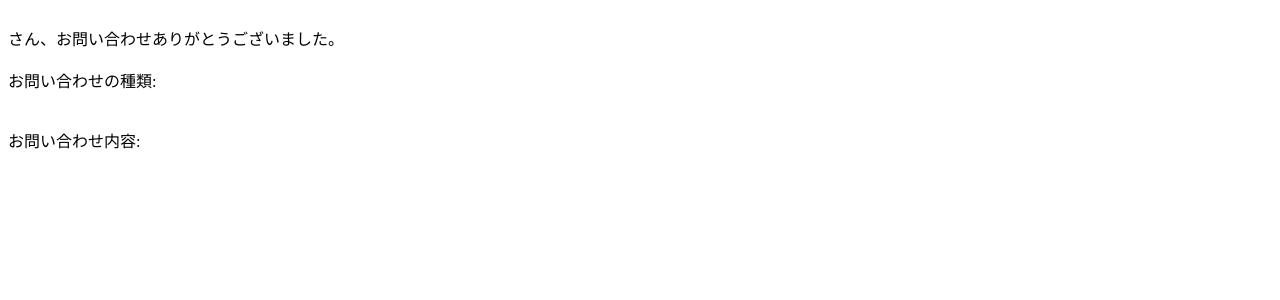
Repository: rt-1217/j2
Page: http://localhost/WebProj/inquiryComplete.jsp
These files come from the project's save history. The page is drawn as it stood at one moment and after a run of saves; the edit follows.
The browser window is 1280 px wide. The pictures show the whole page.
The page is served by Tomcat 9. Other server files are loaded and not shown.

Above is the page before, as saved 2018-04-23 02:20:27.

### WebProj/WebContent/inquiryComplete.jsp
<%@ page language="java" contentType="text/html; charset=UTF-8"
    pageEncoding="UTF-8"%>
    <%@ taglib prefix="s" uri="/struts-tags" %>
<!DOCTYPE html PUBLIC "-//W3C//DTD HTML 4.01 Transitional//EN" "http://www.w3.org/TR/html4/loose.dtd">
<html>
<head>
<meta http-equiv="Content-Type" content="text/html; charset=UTF-8">
<title>お問い合わせ　受付完了</title>
</head>
<body>

<br>
<s:property value="name"/>さん、お問い合わせありがとうございました。
<br>
<br>お問い合わせの種類:<br>
<s:if test='qtype=="company"'>
会社について
</s:if>
<s:if test='qtype=="support"'>
製品について
</s:if>
<s:if test='qtype=="product"'>
アフターサポートについて
</s:if>
<br>
<br>お問い合わせ内容:<br>
<s:property value="body"/>


</body>
</html>

After the next 2 saves:
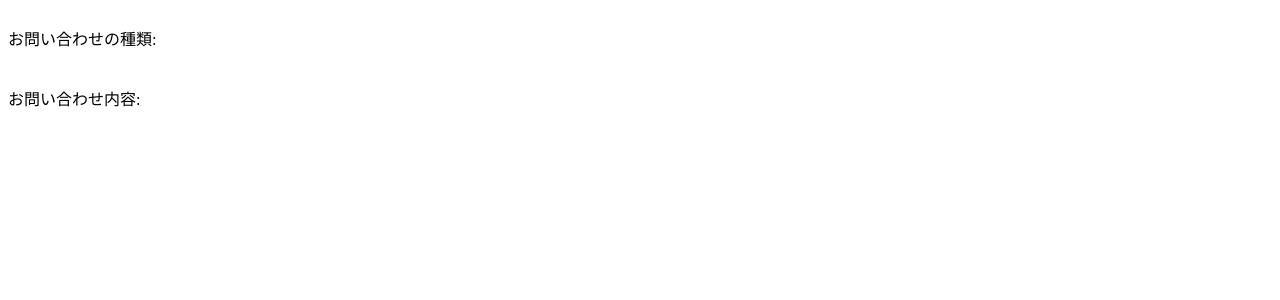
The 2 saves are shown as one change because 1 did not build or start.
The last was saved 2 min 54 s later.
--- a/WebProj/WebContent/inquiryComplete.jsp
+++ b/WebProj/WebContent/inquiryComplete.jsp
@@ -9,7 +9,7 @@
 </head>
 <body>
 
-<br>
+<br＞
 <s:property value="name"/>さん、お問い合わせありがとうございました。
 <br>
 <br>お問い合わせの種類:<br>
